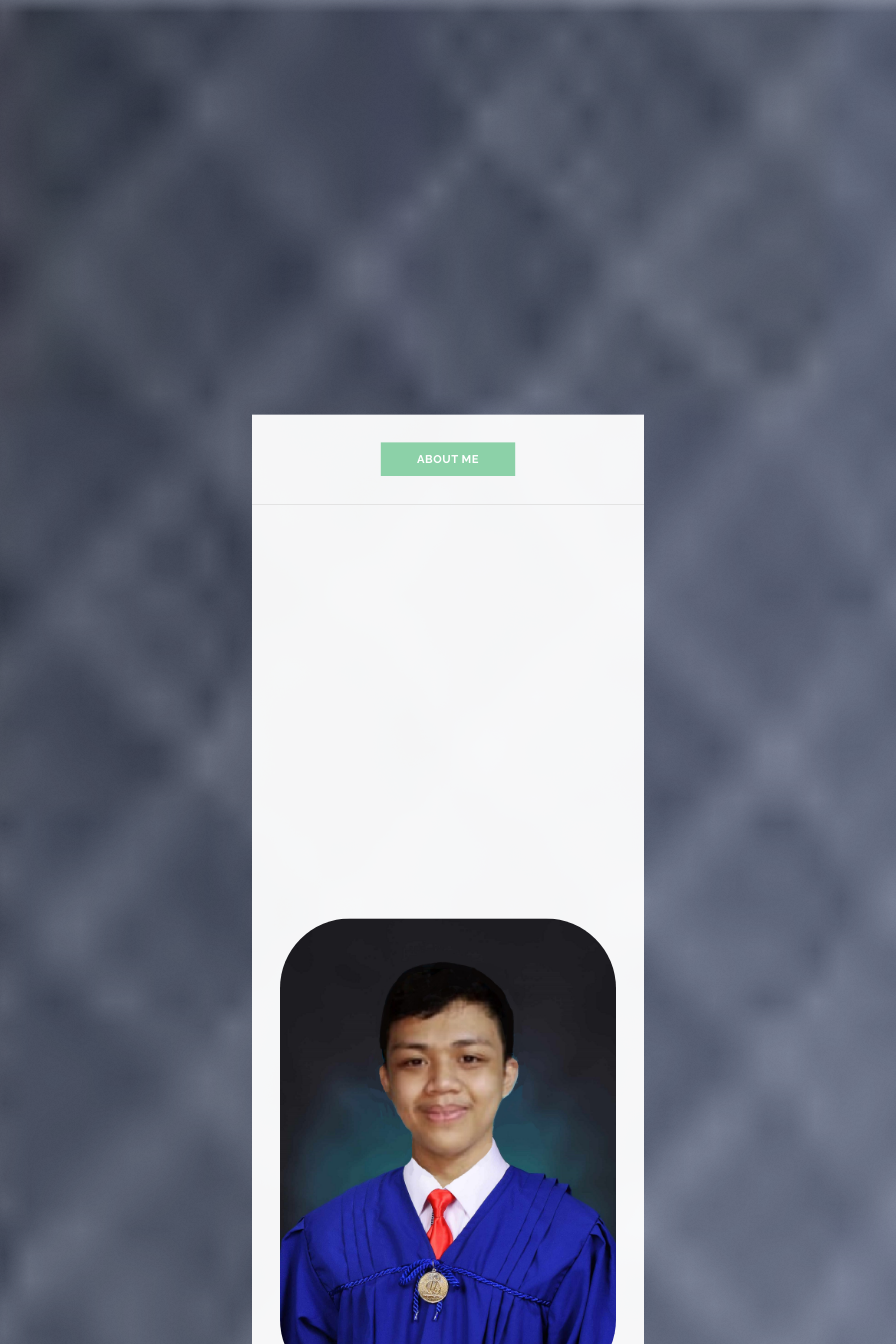
Repository: Josue7505/Josue.github.io
Page: index.html
These files come from the project's save history. The page is drawn as it stood at one moment and after the next save; the edit follows.
The browser window is 1280 px wide. The pictures show the part of the page from y = 0 to 1920 px (the page is 6302 px tall before and 6007 px after), at 70% of full size.
A picture or video elsewhere on the page could not be fetched, so the positions and the page height are approximate. Backgrounds fixed to the window are drawn as part of the page.

Above is the page before, as saved 2025-06-05 11:58:36.

### index.html
<!DOCTYPE HTML>

<html>
	<head>
		<title>Daniels Portfolio</title>
		<meta charset="utf-8" />
		<meta name="viewport" content="width=device-width, initial-scale=1, user-scalable=no" />
		<link rel="stylesheet" href="assets/css/main.css" />
	</head>
	<body class="is-preload">


			<section id="header">
				<header class="major">
					<h1>Portfolio</h1>
					<p>"Every loss is a lesson, not a defeat." </p>
				</header>
				<div class="container">
					<ul class="actions special">
						<li><a href="#one" class="button primary scrolly">About Me</a></li>
					</ul>
				</div>
			</section>


			<section id="one" class="main special">
				<div class="container">
					<span><img src="images/author.jpg" alt="Author" style="width:590px; border-radius:100px;"></span>
					<div class="content">
						<header class="major">
							<h2>Who I am</h2>
						</header>
						<p>Hi! I'm a 19-year-old Bachelor of Science in Information Technology (BSIT) student currently in my first year at STI. I've always been fascinated by how technology shapes the world around us, and I'm excited to be learning the skills that power modern digital systems.</p>
					</div>
					<a href="#two" class="goto-next scrolly">Next</a>
				</div>
			</section>


			<section id="two" class="main special">
				<div class="container">
					<span class="image fit primary"><img src="images/pic0.jpg" alt="" /></span>
					<div class="content">
						<header class="major">
							<h2>What do i do</h2>
							</header>
							<p>Currently I am learning programming languages like html, java, and css. We are given tasks by our mentor or teachers that specialized in programming simple tasks, tasks thathone our skills in coding.</p>
						<div class="content">
						<header class="major">
							<h1>Making of the Portfolio</h1>
						<span class="square"><img src="images/What i do.JPG" alt="" /></span>
						<div class="content">
						</header>


					</div>
					<a href="#three" class="goto-next scrolly">Next</a>
				</div>
			</section>


			<section id="three" class="main special">
				<div class="container">
					<div class="content">
						<header class="major">
							<h2>Documents & Certificates</h2>
							<h4>Junior High School Diploma</h4>
						<span class="square"><img src="images/HighSchoolDiploma.jpg" alt="" /></span>
						<div class="content">

				<
					<div class="content">
						<header class="major">
							<h4>Senior High School Diploma</h4>
						<span class="square"><img src="images/SHS Diploma.JPG" alt="" /></span>
						<div class="content">


					<div class="content">
						<header class="major">
							<h4>GoodMoral</h4>
						<span class="square"><img src="images/GoodMoral.jpg" alt="" /></span>
						<div class="content">

					<div class="content">
						<header class="major">
							<h1>Resume</h1>
						<span class="square"><img src="images/Resume.jpg" alt="" /></span>
						<div class="content">
						</header>

					</div>
					<a href="#footer" class="goto-next scrolly">Next</a>
				</div>
			</section>



			<section id="footer">
				<div class="container">
					<header class="major">
						<h2>Get in Touch</h2>

  						 <form action="sendmail.php" method="POST">
    						<label>Name:</label><br>
   						 <input type="text" name="name" required><br><br>

   						 <label>Email:</label><br>
   							<input type="email" name="email" required><br><br>

  						  <label>Message:</label><br>
  						  <textarea name="message" required></textarea><br><br>

  						  <button type="submit">Send</button>
 						 </form>
								</ul>
							</div>
						</div>
					</form>
				</div>
				<footer>
					<ul class="icons">
						<li><a href="https://x.com/" class="icon brands alt fa-twitter"><span class="label">Twitter</span></a></li>
						<li><a href="https://www.facebook.com/" class="icon brands alt fa-facebook-f"><span class="label">Facebook</span></a></li>
						<li><a href="https://instagram.com/" class="icon brands alt fa-instagram"><span class="label">Instagram</span></a></li>
						<li><a href="https://gmail.com/" class="icon solid alt fa-envelope"><span class="label">Email</span></a></li>
					</ul>
					<ul class="copyright">
						<li>&copy; Untitled</li><li>Design: <a href="https://html5u.net">HTML5 UP</a></li><li>Demo Images: <a href="http://unsplash.com">Unsplash</a></li>
					</ul>
				</footer>
			</section>


			<script src="assets/js/jquery.min.js"></script>
			<script src="assets/js/jquery.scrollex.min.js"></script>
			<script src="assets/js/jquery.scrolly.min.js"></script>
			<script src="assets/js/browser.min.js"></script>
			<script src="assets/js/breakpoints.min.js"></script>
			<script src="assets/js/util.js"></script>
			<script src="assets/js/main.js"></script>

	</body>
</html>

Loaded but not shown: assets/js/jquery.min.js (library); assets/js/jquery.scrollex.min.js (common file); assets/js/jquery.scrolly.min.js (common file); assets/js/browser.min.js (common file); assets/js/breakpoints.min.js (common file); assets/js/util.js (587 lines, source omitted); assets/js/main.js (174 lines, source omitted); assets/css/main.css (3158 lines, source omitted)

After the next save:
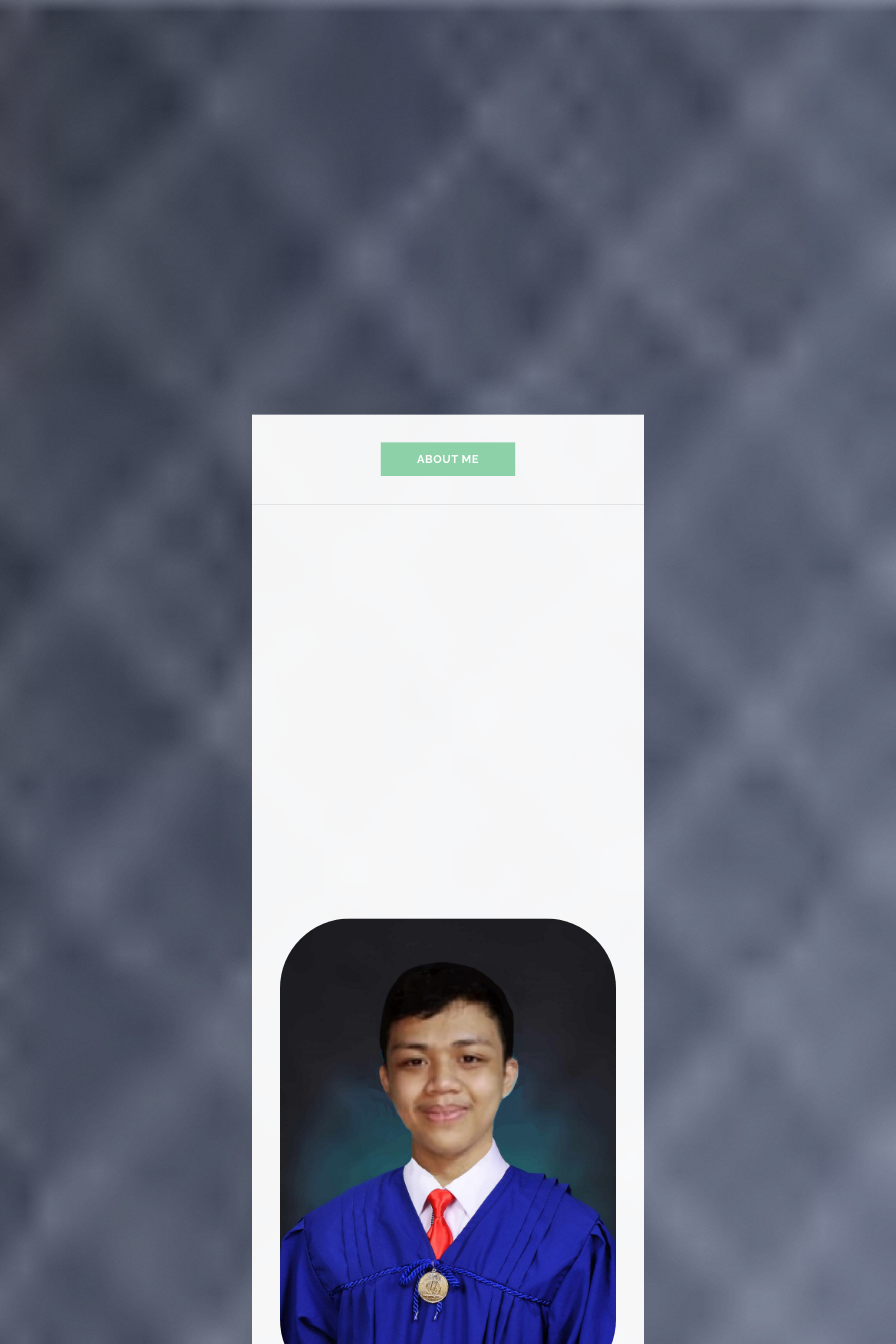
Console error: ReferenceError: emailjs is not defined
Not found: style.css
Saved 26 h 12 min later.
--- a/index.html
+++ b/index.html
@@ -101,18 +101,40 @@
 					<header class="major">
 						<h2>Get in Touch</h2>
 
-  						 <form action="sendmail.php" method="POST">
-    						<label>Name:</label><br>
-   						 <input type="text" name="name" required><br><br>
+  						  <link rel="stylesheet" href="style.css" />
+  							<script src="https://cdn.emailjs.com/dist/email.min.js"></script>
+  							<script>
 
-   						 <label>Email:</label><br>
-   							<input type="email" name="email" required><br><br>
+   							 (function() {
+   						   		emailjs.init("gwhZfph3KXBZMo04k");
+   							 })();
+ 							 </script>
+							</head>
+							<body>
 
-  						  <label>Message:</label><br>
-  						  <textarea name="message" required></textarea><br><br>
+  						 <section class="contact">
 
-  						  <button type="submit">Send</button>
- 						 </form>
+  						 <form id="contact-form">
+      					 <input type="text" name="from_name" placeholder="Your Name" required><br>
+      					 <input type="email" name="from_email" placeholder="Your Email" required><br>
+     					 <textarea name="message" placeholder="Your Message" required></textarea><br>
+     					 <button type="submit">Send Message</button>
+   						 </form>
+  						  <p id="response-message"></p>
+  							</section>
+
+ 						 <script>
+  						  document.getElementById('contact-form').addEventListener('submit', function(e) {
+   						   e.preventDefault();
+
+    					  emailjs.sendForm('service_u3kph8n', 'template_7jg84zd', this)
+      					  .then(function() {
+     					     document.getElementById('response-message').innerText = "Message sent successfully!";
+      					  }, function(error) {
+    				      document.getElementById('response-message').innerText = "Failed to send message. " + error.text;
+    					    });
+   						 });
+  						</script>
 								</ul>
 							</div>
 						</div>
